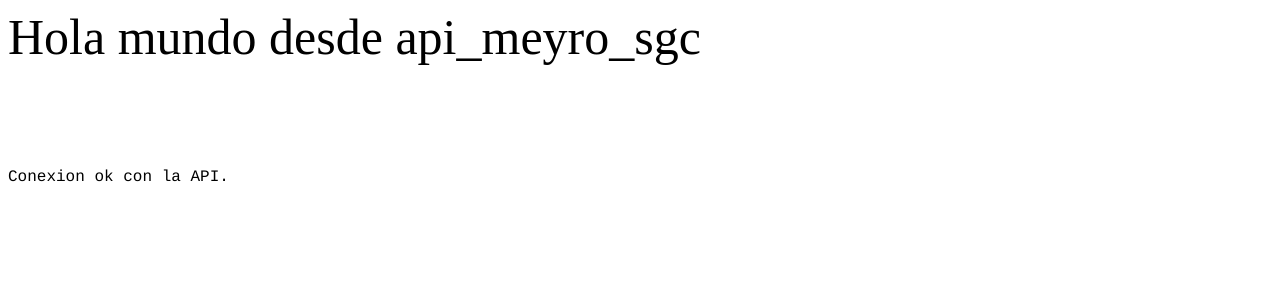
Repository: danieldebrito/api_comanda
Page: http://localhost/api_meyro_sgc/app/index.php
These files come from the project's save history. The page is drawn as it stood at one moment and after the next save; the edit follows.
The browser window is 1280 px wide. The pictures show the whole page.
The page is run by PHP 8.4 with error messages shown; the project is at /var/www/html/.

Above is the page before, as saved 2019-07-28 16:26:31.

After the next save:
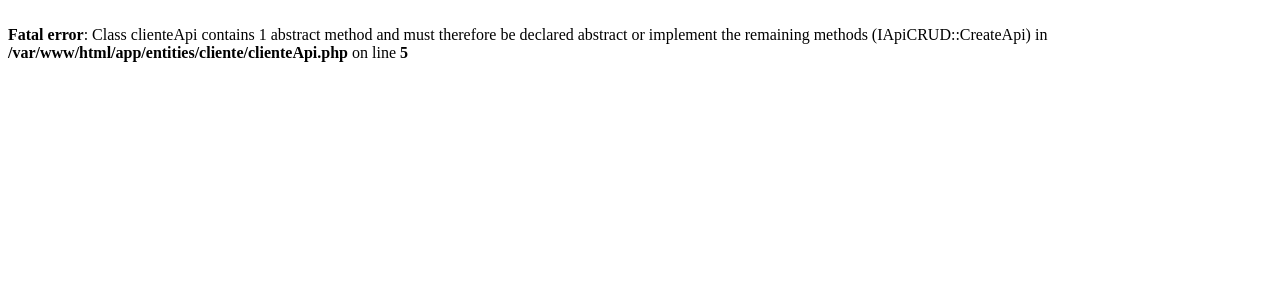
Saved 2 min 55 s later.
--- a/app/IApiCRUD.php
+++ b/app/IApiCRUD.php
@@ -3,7 +3,7 @@
 interface IApiCRUD{
 	public function readAllApi($request, $response, $args);
 	public function readApi($request, $response, $args);
-   	//public function CreateApi($request, $response, $args);
+   	public function CreateApi($request, $response, $args);
    	//public function deleteApi($request, $response, $args);
    	//public function updateApi($request, $response, $args);
 }
